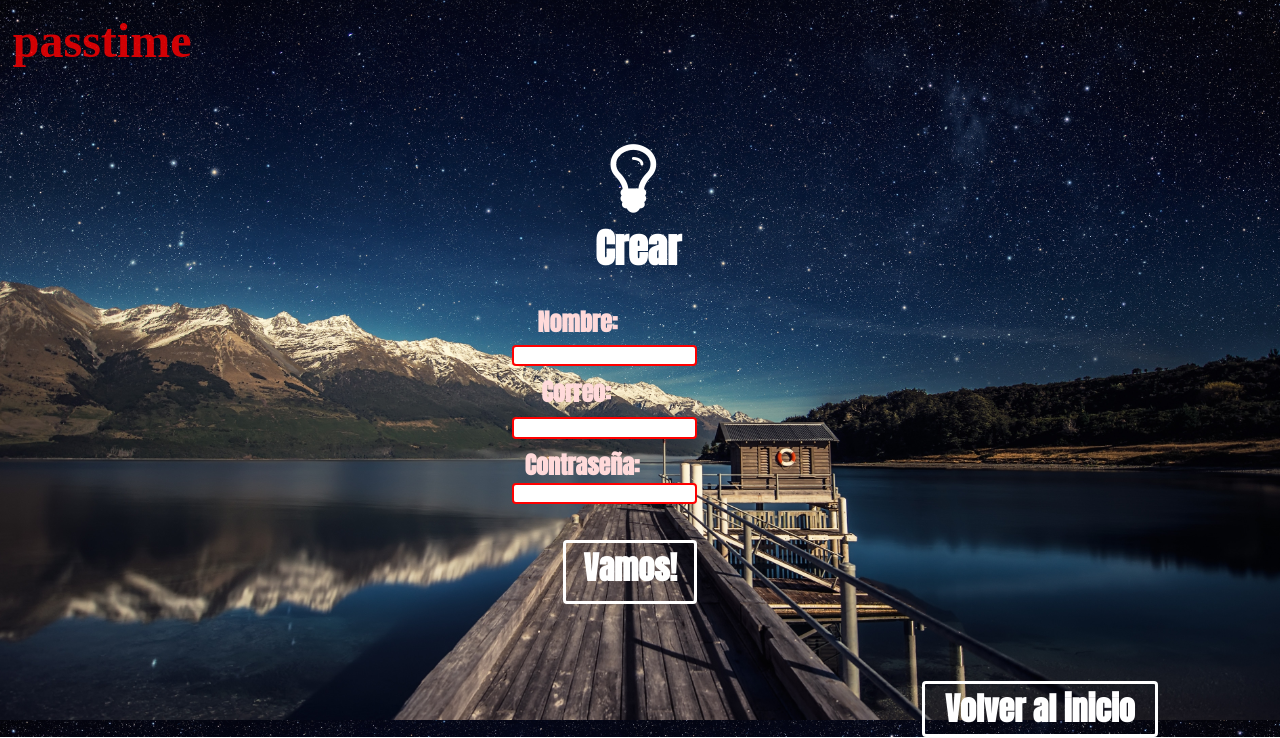
Repository: PassTimeOp/passtimeop.github.io
Page: signup.html
The author's editor kept a record of every edit. The page is drawn from the files as they stood at one moment, then again after the next edit.
The browser window is 1280 px wide. The pictures show the whole page.
Backgrounds fixed to the window are drawn as part of the page. Some web fonts or font styles are not loaded; a fallback is used.

Above is the page before.

### signup.html
<!DOCTYPE HTML>
<html>
    <head>
        <link type="text/css" rel="stylesheet" href="signupStyle.css"/>
        <link rel="stylesheet" href="font-awesome-4.7.0/css/font-awesome.min.css">
        <link href="https://fonts.googleapis.com/css?family=Anton|Arvo|Shrikhand" rel="stylesheet">
        <title>acceder | passtime</title>
    </head>

    <body>
        <h1 id="title">passtime</h1>

        <i class="fa fa-lightbulb-o fa-5x" aria-hidden="true"></i>

        <h1 id="acceder">Crear</h1>


        <div id="data">
            <div id="name"><h4 id="nombre">Nombre:</h4><input type="text" name="nombre"></div>
            <h4 id="correo">Correo:</h4><input type="text" name="correo">
            <div id="contra"><h4 id="pass">Contraseña:</h4><input type="password" name="psw"></div>
        </div>

        <div class="buttons" id="vamos"><a href="Calendario/calendario.html" style="text-decoration: none"><h3>Vamos!</h3></a></div>
        <div class="buttons" id="volver"><a href="index.html" style="text-decoration: none"><h3>Volver al inicio</h3></a></div>
    </body>
</html>

### signupStyle.css
html, body{
  width: 100%;
  height: 100%;
  margin: 0;
  padding: 0;
}

body {
  background-image: url(signup.jpg);
  background-size: cover;
  background-position: center;
  width: 100%;
  height: 100%;
  background-repeat: no-repeat;
  background-attachment: fixed;
}

#title {
  font-family: 'Shrikhand', cursive;
  font-size: 300%;
  margin-top: 1%;
  margin-left: 1%;
  display: block;
  color: rgba(255, 0, 0, 0.82);
}

#acceder {
  font-family: 'Anton', sans-serif;
  color: #FFF;
  margin: 0% 0% 0% 46.5%;
  display: block;
  font-size: 250%;
}

i {
  margin: 3% 1% 0% 47.7%;
  color: #FFF;
  display: block;
}

input {
  display: inline-block;
  border-radius: 4px;
  border: 2px solid red;
  height: 20%;
  margin: 0%;
}

#data {
  margin: 2% 0% 0% 40%;
  height: 11%;
  width: 20%;
  display: inline-block;
}

h4 {
  font-size: 150%;
  font-family: 'Anton', sans-serif;
  color: #ffdada;
}

#nombre {
  display: inline-block;
  margin: 0% 1% 2% 10%;
}

#name {
  display: block;
  margin: 0% 0% 3% 0%;
}

#correo {
  display: inline-block;
  margin: 0% 1% 3% 11.5%;
}

#pass {
  display: inline-block;
  margin: 0% 0% 0% 5%;
}

#contra {
  margin: 3% 1% 0% 0%;
  padding: 0%;
}

.buttons {
  border: 3px solid #FFF;
  border-radius: 4px;
}

h3 {
  font-family: 'Anton', sans-serif;
  margin: 0% 0% 0% 0%;
  text-align: center;
  font-size: 200%;
  color: #FFF;
}

#vamos {
  width: 10%;
  height: 8%;
  padding: 0%;
  display: block;
  margin: 3% 0% 0% 44%;
}

#volver {
  width: 18%;
  height: 7%;
  padding: 0%;
  margin: 6% 0% 0% 72%;
  display: block;
}

Loaded but not shown: font-awesome-4.7.0/css/font-awesome.min.css (library)

After the next edit:
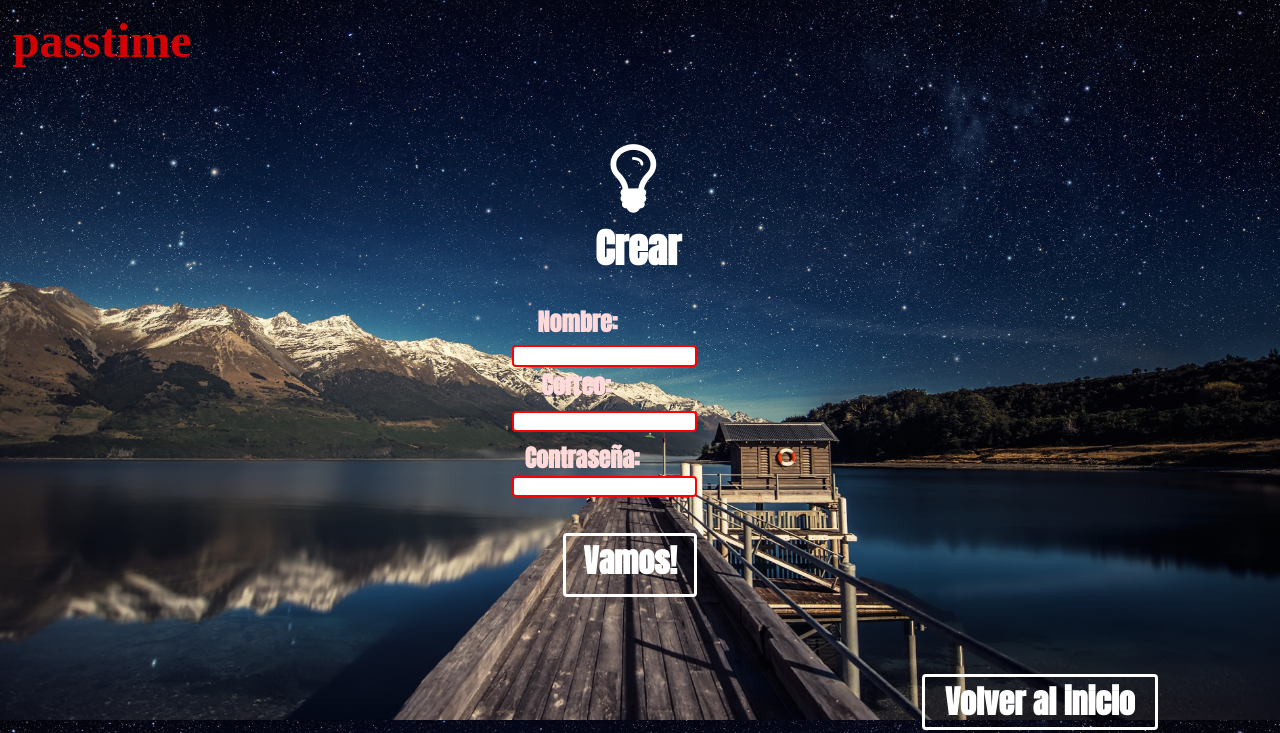
The edit:
--- a/signup.html
+++ b/signup.html
@@ -16,7 +16,7 @@
 
 
         <div id="data">
-            <div id="name"><h4 id="nombre">Nombre:</h4><input type="text" name="nombre"></div>
+            <h4 id="nombre">Nombre:</h4><input type="text" name="nombre">
             <h4 id="correo">Correo:</h4><input type="text" name="correo">
             <div id="contra"><h4 id="pass">Contraseña:</h4><input type="password" name="psw"></div>
         </div>
